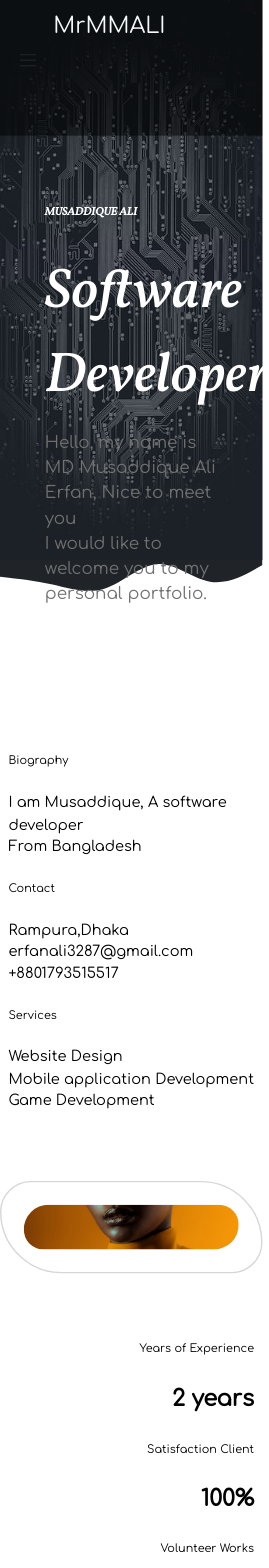
Repository: MMALI3287/Resume
Page: index.html
The author's editor kept a copy of each file at every save. The page is drawn from the files as they stood at one save, then again after the next save.
The browser window is 375 px wide. The page is 384 px wide, so the pictures cover 384 px, including what lies to the right of the window. The pictures show the part of the page from y = 0 to 2240 px (the page is 11294 px tall), at 70% of full size.
Some web libraries are served in a nearby version.

Above is the page before, as saved 2023-07-16 02:47:19.

### index.html
<!DOCTYPE html>
<html lang="en">
  <head>
    <meta charset="UTF-8" />
    <meta name="viewport" content="width=device-width, initial-scale=1.0" />
    <link rel="stylesheet" href="css/bootstrap.css" />
    <link rel="stylesheet" href="css/style.css" />
    <title>Musaddique Ali - Web Development, Programmer </title>
  <link rel="stylesheet" href="css/style.css" />
  <script src="https://kit.fontawesome.com/03ffe29f8b.js" crossorigin="anonymous"></script>
  <!-- Google tag (gtag.js) -->
<script async src="https://www.googletagmanager.com/gtag/js?id=G-VLNF64TM34"></script>
<script>
  window.dataLayer = window.dataLayer || [];
  function gtag(){dataLayer.push(arguments);}
  gtag('js', new Date());

  gtag('config', 'G-VLNF64TM34');
</script>
  </head>
  <body>
    <div id="header">
      <nav class="navbar navbar-expand-lg position-fixed top-0 w-100">
        <div class="container-fluid">
          <a class="navbar-brand logo text-light" href="#">MrMMALI</a>
          <button
            class="navbar-toggler"
            type="button"
            data-bs-toggle="collapse"
            data-bs-target="#navbarNav"
            aria-controls="navbarNav"
            aria-expanded="false"
            aria-label="Toggle navigation"
          >
            <span class="navbar-toggler-icon"></span>
          </button>
          <div class="collapse navbar-collapse" id="navbarNav">
            <ul class="navbar-nav">
              <li class="nav-item">
                <a
                  class="nav-link active text-light"
                  aria-current="page"
                  href="#"
                  >Home</a
                >
              </li>
              <li class="nav-item">
                <a class="nav-link text-light" href="#portfolio">Portfolio</a>
              </li>
              <li class="nav-item">
                <a class="nav-link text-light" href="#expertise">Expertise</a>
              </li>
              <li class="nav-item">
                <a class="nav-link text-light" href="#about">About</a>
              </li>
              <li class="nav-item">
                <a class="nav-link text-light" href="#serv">Services</a>
              </li>
              <li class="nav-item">
                <a class="nav-link text-light" href="#projects">Projects</a>
              </li>
            </ul>
          </div>
        </div>
        <div class="git rounded-0" >
          <a class="cont" href="#contact">
            Get in touch
          </a>
        </div>
      </nav>
      <div class="land">
        <div class="header-text">
          <p class="mb-0">MUSADDIQUE ALI</p>
        </div>
        <div class="subheader">
          <p>Software Developer</p>
        </div>
        <div class="sub">
          <p>
            Hello, my name is MD Musaddique Ali Erfan, Nice to meet you <br />
            I would like to welcome you to my personal portfolio.
          </p>
        </div>
      </div>
    </div>
    <div class="abt">
    <svg xmlns="http://www.w3.org/2000/svg" viewBox="0 100 1440 320">
      <path
        fill="#202429"
        fill-opacity="1"
        d="M0,192L48,197.3C96,203,192,213,288,234.7C384,256,480,288,576,256C672,224,768,128,864,122.7C960,117,1056,203,1152,218.7C1248,235,1344,181,1392,154.7L1440,128L1440,0L1392,0C1344,0,1248,0,1152,0C1056,0,960,0,864,0C768,0,672,0,576,0C480,0,384,0,288,0C192,0,96,0,48,0L0,0Z"
      ></path>
    </svg>
    <div class="container" id="portfolio">
      <div class="row">
        <div class="col-md-3">
          <p class="biog">Biography</p>
          <p class="subtext">
            I am Musaddique, A software developer <br />
            From Bangladesh
          </p>
          <p>Contact</p>
          <p class="subtext">
            Rampura,Dhaka <br />erfanali3287@gmail.com <br />+8801793515517
          </p>
          <p>Services</p>
          <p class="subtext bot">
            Website Design <br />Mobile application Development <br />Game
            Development
          </p>
        </div>
        <div class="col-md-6 capbord">
          <div id="capsule"></div>
        </div>
        <div class="col-md-3">
          <p class="biog text-end">Years of Experience</p>
          <p class="subtext2 text-end">2 years</p>
          <p class="text-end">Satisfaction Client</p>
          <p class="subtext2 text-end">100%</p>
          <p class="text-end">Volunteer Works</p>
          <p class="subtext2 text-end">5+</p>
          <p class="text-end">Projects</p>
          <p class="subtext2 text-end">10+</p>
        </div>
      </div>
    </div>
    <svg xmlns="http://www.w3.org/2000/svg" viewBox="0 0 1440 320"><path fill="#202429" fill-opacity="1" d="M0,256L24,229.3C48,203,96,149,144,144C192,139,240,181,288,197.3C336,213,384,203,432,218.7C480,235,528,277,576,272C624,267,672,213,720,202.7C768,192,816,224,864,202.7C912,181,960,107,1008,112C1056,117,1104,203,1152,208C1200,213,1248,139,1296,122.7C1344,107,1392,149,1416,170.7L1440,192L1440,320L1416,320C1392,320,1344,320,1296,320C1248,320,1200,320,1152,320C1104,320,1056,320,1008,320C960,320,912,320,864,320C816,320,768,320,720,320C672,320,624,320,576,320C528,320,480,320,432,320C384,320,336,320,288,320C240,320,192,320,144,320C96,320,48,320,24,320L0,320Z"></path></svg>

    <div class="advantage bg-dark text-center" id="expertise">
      <div class="container">
        <div class="row">
          <p class="mexp">My Expertise</p>
        </div>
        <div class="row">
          <div class="col-md-2">
            <img
              src="assets/images/c-.png"
              height="100px"
              width="100px"
              alt="c++"
            />
            <br />
            <p class="text-light h1 mb-5 mt-5 fw-bold">91%</p>
            <p class="text-light h5 p-5">C++</p>
          </div>
          <div class="col-md-2">
            <img
              src="assets/images/android-icon.svg"
              height="100px"
              width="100px"
              alt="c++"
            /><br />
            <p class="text-light h1 mb-5 mt-5 fw-bold">84%</p>
            <p class="text-light h5 p-5">Android</p>
          </div>
          <div class="col-md-2">
            <img
              src="assets/images/flutterio-icon.svg"
              height="100px"
              width="100px"
              alt="c++"
            /><br />
            <p class="text-light h1 mb-5 mt-5 fw-bold">78%</p>
            <p class="text-light h5 p-5">Flutter</p>
          </div>
          <div class="col-md-2">
            <img
              src="assets/images/unity.png"
              height="100px"
              width="100px"
              alt="c++"
            /><br />
            <p class="text-light h1 mb-5 mt-5 fw-bold">76%</p>
            <p class="text-light h5 p-5">Unity</p>
          </div>
          <div class="col-md-2">
            <img
              src="assets/images/ADBE.svg"
              height="100px"
              width="100px"
              alt="c++"
            /><br />
            <p class="text-light h1 mb-5 mt-5 fw-bold">83%</p>
            <p class="text-light h5 p-5">Adobe</p>
          </div>
          <div class="col-md-2">
            <img
              src="https://upload.wikimedia.org/wikipedia/commons/0/0e/Microsoft_365_%282022%29.svg"
              height="100px"
              width="100px"
              alt="c++"
            /><br />
            <p class="text-light h1 mb-5 mt-5 fw-bold">94%</p>
            <p class="text-light h5 p-5">Office</p>
          </div>
        </div>
      </div>
    </div>
  </div>

    <svg xmlns="http://www.w3.org/2000/svg" viewBox="0 0 1440 320"><path fill="#202429" fill-opacity="1" d="M0,160L48,181.3C96,203,192,245,288,250.7C384,256,480,224,576,197.3C672,171,768,149,864,165.3C960,181,1056,235,1152,250.7C1248,267,1344,245,1392,234.7L1440,224L1440,0L1392,0C1344,0,1248,0,1152,0C1056,0,960,0,864,0C768,0,672,0,576,0C480,0,384,0,288,0C192,0,96,0,48,0L0,0Z"></path></svg>

    <!-- * about -->
  <div id="about">
    <div class="container">
      <div class="rowc">
        <div class="about-col-1">
          <img src="assets/images/capsule.jpg" alt="user" />
        </div>
        <div class="about-col-2">
          <h2 class="sub-title text-dark">About Me</h2>
          <p class="h5 fw-500">
            I am a software developer. I have been working as a software developer for 6 months. I have
            experience in web development, app development, and UI/UX design. I am a hardworking and
            dedicated person. I am always ready to learn new things.
          </p>
          <div class="tab-titles">
            <p class="tab-links active-link" onclick="opentab('skills')">Skills</p>
            <p class="tab-links" onclick="opentab('experience')"">Experience</p>
              <p class=" tab-links" onclick="opentab('education')"">Education</p>
            </div>
            <div class=" tab-contents active-tab" id="skills">
            <ul>
              <li><span>UI/UX</span><br />Designing Web/App Interface</li>
              <li><span>Web Development</span><br />Web app Development</li>
              <li>
                <span>App Development</span><br />Building Android/iOS apps
              </li>
            </ul>
          </div>
          <div class="tab-contents" id="experience">
            <ul>
              <li>
                <span>2022 - Current</span><br />Software Developer Intern at
                TETON Pvt ltd
              </li>
            </ul>
          </div>
          <div class="tab-contents" id="education">
            <ul>
              <li>
                <span>Current</span><br />BSc. from Ahsanullah University of
                Science and Technology
              </li>
              <li>
                <span>2020</span> <br />
                HSC from Saint Joseph Higher Secondary School and College
              </li>
              <li>
                <span>2018</span><br />SSC from Ideal School and College
              </li>
            </ul>
          </div>
        </div>
      </div>
    </div>
  </div>
  <svg xmlns="http://www.w3.org/2000/svg" id="serv" viewBox="0 0 1440 320"><path fill="#202429" fill-opacity="1" d="M0,224L24,202.7C48,181,96,139,144,138.7C192,139,240,181,288,197.3C336,213,384,203,432,218.7C480,235,528,277,576,282.7C624,288,672,256,720,224C768,192,816,160,864,160C912,160,960,192,1008,181.3C1056,171,1104,117,1152,122.7C1200,128,1248,192,1296,197.3C1344,203,1392,149,1416,122.7L1440,96L1440,320L1416,320C1392,320,1344,320,1296,320C1248,320,1200,320,1152,320C1104,320,1056,320,1008,320C960,320,912,320,864,320C816,320,768,320,720,320C672,320,624,320,576,320C528,320,480,320,432,320C384,320,336,320,288,320C240,320,192,320,144,320C96,320,48,320,24,320L0,320Z"></path></svg>


  <!-- * services -->
  <div id="services">
    <div class="container">
      <h2 class="sub-title">My Services</h2>
      <div class="services-list">
        <div>
          <i class="fa-solid fa-crop"></i>
          <h2>Game Development</h2>
          <p>
            Game Development is the art of creating captivating and immersive interactive experiences. It combines technical expertise, artistic creativity, and player psychology to craft unforgettable games.
          </p>
          <a href="https://www.freecodecamp.org/news/what-is-game-development/">Learn more</a>
        </div>
        <div>
          <i class="fa-solid fa-code"></i>
          <h2>Web Development</h2>
          <p>
            Web Development is the process of creating a website for the internet. It is a process of creating a website for the internet.
          </p>
          <a href="https://brainstation.io/career-guides/what-is-web-development">Learn more</a>
        </div>
        <div>
          <i class="fa-solid fa-mobile-screen"></i>
          <h2>App Development</h2>
          <p>
            App Development is the process of creating a mobile application for smartphones and tablets. It is a process of creating a mobile application for smartphones and tablets.
          </p>
          <a href="https://orases.com/what-is-app-development/">Learn more</a>
        </div>
      </div>
    </div>
  </div>
<svg xmlns="http://www.w3.org/2000/svg" id="projects" viewBox="0 0 1440 320"><path fill="#202429" fill-opacity="1" d="M0,256L24,234.7C48,213,96,171,144,170.7C192,171,240,213,288,224C336,235,384,213,432,213.3C480,213,528,235,576,224C624,213,672,171,720,149.3C768,128,816,128,864,122.7C912,117,960,107,1008,138.7C1056,171,1104,245,1152,261.3C1200,277,1248,235,1296,208C1344,181,1392,171,1416,165.3L1440,160L1440,0L1416,0C1392,0,1344,0,1296,0C1248,0,1200,0,1152,0C1104,0,1056,0,1008,0C960,0,912,0,864,0C816,0,768,0,720,0C672,0,624,0,576,0C528,0,480,0,432,0C384,0,336,0,288,0C240,0,192,0,144,0C96,0,48,0,24,0L0,0Z"></path></svg>

  <!-- -------------------portfolio------------------- -->
  <div id="portfolio">
    <div class="container">
      <h2 class="sub-title text-dark">My Latest Projects</h2>
      <div class="work-list">
        <div class="work">
          <div class="p-2 rounded-3 border bg-danger"><img src="assets/images/wordmaestro.jpg" height="250px" alt="UX"></div>
          <div class="layer">
            <p class="text-light h1">
              Word Maestro
            </p>
            <p class="text-light h5 mt-3">
              A puzzle game made with C++ for all ages
            </p>
            <a href="https://github.com/MMALI3287/Word-Maestro"><i class="fa-sharp fa-solid fa-up-right-from-square"></i></a>
          </div>
          <p class="h3 mt-4">Word Maestro</p>
          <p class="h6">Game Development with C++</p>
        </div>
        <div class="work">
          <div class="p-2 rounded-3 border bg-danger"><img src="assets/images/resortadmin.jpg"  height="250px"  alt="Web"></div>
          <div class="layer">
            <p class="text-light h1">
              Resort Administration
            </p>
            <p class="text-light h5 mt-3">
              A database application made with MySQL and Java in NetBeans to manage a resort
            </p>
            <a href="https://github.com/MMALI3287/Resort-Administration"><i class="fa-sharp fa-solid fa-up-right-from-square"></i></a>
          </div>
          <p class="h3 mt-4">Resort Administration</p>
          <p class="h6">Software Development with Java</p>
        </div>
        <div class="work">
          <div class="p-2 rounded-3 border bg-danger"> <img src="assets/images/reuse.png"  height="250px"  alt="App"></div>
          <div class="layer">
            <p class="text-light h1">
              ReUse
            </p>
            <p class="text-light h5 mt-3">
              An android application to donate unwanted items to the needy
            </p>
            <a href="https://github.com/MMALI3287/ReUse"><i class="fa-sharp fa-solid fa-up-right-from-square"></i></a>
          </div>
          <p class="h3 mt-4">ReUse</p>
          <p class="h6">Mobile Development with Android</p>
        </div>
      </div>
      <a href="https://github.com/MMALI3287?tab=repositories" class="btnc text-dark">See more</a>
    </div>
  </div>
  <svg xmlns="http://www.w3.org/2000/svg" viewBox="0 20 1440 300"><path fill="#202429" fill-opacity="1" d="M0,128L48,160C96,192,192,256,288,272C384,288,480,256,576,250.7C672,245,768,267,864,240C960,213,1056,139,1152,133.3C1248,128,1344,192,1392,224L1440,256L1440,320L1392,320C1344,320,1248,320,1152,320C1056,320,960,320,864,320C768,320,672,320,576,320C480,320,384,320,288,320C192,320,96,320,48,320L0,320Z"></path></svg>
  <!-- -------------------contact------------------- -->
  <div id="contact">
    <div class="container">
      <div class="row">
        <div class="contact-left">
          <h2 class="sub-title">
            Contact Me
          </h2>
          <p class="text-light"><i class="fa-solid fa-envelope"></i> erfanali3287@gmail.com</p>
          <p class="text-light"><i class="fa-solid fa-phone"></i> +880 1793 515 517</p>
          <p class="text-light"><i class="fa-solid fa-location-dot"></i> Dhaka, Bangladesh</p>
          <div class="social-icons">
            <a href="https://www.facebook.com/musaddique.mmali/"><i class="fa-brands fa-facebook"></i></a>
            <a href="https://twitter.com/MusaddiqueMMALI/"><i class="fa-brands fa-twitter"></i></a>
            <a href="https://www.instagram.com/mdmusaddiquealierfan/"><i class="fa-brands fa-instagram"></i></a>
            <a href="https://www.linkedin.com/in/musaddique-ali/"><i class="fa-brands fa-linkedin"></i></a>
            <a href="https://github.com/MMALI3287/"><i class="fa-brands fa-github"></i></a>
          </div>
          <a href="images/resume.pdf" download class="btnc btn2">Download Resume</a>
        </div>
        <div class="contact-right">
          <form name="submit-to-google-sheet">
            <input type="text" name="Name" placeholder="Your Name" required>
            <input type="email" name="E-Mail" placeholder="Your Email" required>
            <textarea name="Message" rows="6" placeholder="Your Message"></textarea>
            <button type="submit" class="btnc btn2">Send</button>
          </form>
          <span id="msg"></span>
        </div>
      </div>
    </div>
      <div class="copyright">
        <p>Copyright © Musaddique Ali. Thank you for visiting <i class="fas fa-heart"></i></p>
      </div>
    </div>

    <script src="js/bootstrap.js"></script>
    <script src="js/index.js"></script>
  </body>
</html>

### css/style.css
@import url("https://fonts.googleapis.com/css2?family=Vollkorn:ital,wght@1,500&display=swap");
@import url("https://fonts.googleapis.com/css2?family=Comfortaa&family=Vollkorn:ital,wght@1,500&display=swap");

* {
  margin: 0;
  padding: 0;
  box-sizing: border-box;
}

.navbar {
  background-color: #00000082;
}

html {
  scroll-behavior: smooth;
}

body {
  color: #fff;
  font-family: "Comfortaa", cursive;
}

.logo {
  font-size: 2rem;
  margin: 0 5rem 0 4rem;
}
.git {
  font-size: 1.5rem;
  margin: 0.5rem 3rem;
  width: 15rem;
  height: 4rem;
  background: transparent;
  color: white;
  border: 1px solid white;
  display: flex;
  justify-content: center;
  align-items: center;
}

.git:hover {
  background: white;
}

.cont:hover {
  color: black;
}

.cont {
  text-decoration: none;
  color: white;
}

#header {
  font-size: 1.5rem;
  width: 100%;
  height: 100vh;
  background: url(../assets/images/landingback.jpg) no-repeat;
  background-size: cover;
  background-position: center;
  background-position: center;
  position: absolute;
  top: 0;
}

.abt {
  margin-top: 100vh;
}

.header-text {
  font-family: "Vollkorn", serif;
  line-height: 7rem;
  margin-top: 25%;
  font-size: 8rem;
  font-weight: 700;
}
.subheader {
  font-family: "Vollkorn", serif;
  font-size: 5rem;
}
.sub {
  font-size: 1.5rem;
  color: rgb(113, 113, 113);
  font-weight: 400;
}
.land {
  padding: 0 4rem;
}

.container {
  color: black;
  padding-top: 3rem;
}

nav ul li {
  display: inline-block;
  list-style: none;
  margin: 10px 20px;
  flex-wrap: wrap;
  justify-content: center;
}

nav ul li a {
  text-decoration: none;
  color: #fff;
  font-size: 18px;
  font-weight: 500;
  position: relative;
}

nav ul li a::after {
  content: "";
  display: block;
  width: 0;
  height: 3px;
  background: #ff004f;
  transition: 0.5s;
  position: absolute;
  bottom: -6px;
  left: 0;
}

nav ul li a:hover::after {
  width: 100%;
}

#capsule {
  width: 100%;
  height: 100%;
  background: url(../assets/images/capsule.jpg) no-repeat;
  background-size: cover;
  background-position: center;
  border-radius: 250px 200px;
  padding: 2rem;
}

.biog {
  margin-top: 6rem;
}

.subtext {
  margin: 2rem 0;
  font-size: 1.3rem;
  font-weight: 500;
}

.bot {
  margin-bottom: 6.2rem;
}

.subtext2 {
  margin: 2.2rem 0;
  font-size: 2rem;
  font-weight: 700;
}

.capbord {
  border: 2px solid rgb(215, 215, 215);
  border-radius: 200px 400px;
  padding: 2rem;
}

.advantage {
  padding: 6rem;
  padding-top: 10rem;
  color: azure;
}

.mexp {
  color: azure;
  font-size: 3.5rem;
  font-weight: 500;
  margin-bottom: 10rem;
  justify-content: center;
  display: flex;
}

/* * about */
#about {
  padding: 80px 0;
  color: #ababab;
}

.rowc {
  margin-top: 8rem;
  display: flex;
  justify-content: space-between;
  align-items: center;
  flex-wrap: wrap;
}

.about-col-1 {
  flex-basis: 35%;
}

.about-col-1 img {
  width: 100%;
  border-radius: 15px;
}

.about-col-2 {
  flex-basis: 60%;
}

.sub-title {
  font-size: 60px;
  font-weight: 600;
  color: #fff;
}

.tab-titles {
  display: flex;
  align-items: center;
  margin: 20px 0 40px;
}

.tab-links {
  margin-right: 50px;
  display: flex;
  justify-content: space-between;
  align-items: center;
  flex-wrap: wrap;
  font-size: 1.3rem;
  font-weight: 500;
  cursor: pointer;
  position: relative;
}

.tab-links::after {
  content: "";
  display: block;
  width: 0;
  height: 3px;
  background: #ff004f;
  transition: 0.5s;
  position: absolute;
  bottom: -8px;
  left: 0;
}

.tab-links.active-link::after {
  width: 50%;
}

.tab-contents ul li {
  list-style: none;
  margin: 10px 0;
  flex-wrap: wrap;
  justify-content: center;
  font-size: 1.1rem;
}

.tab-contents ul li span {
  color: #b83d64;
  font-size: 1.5rem;
  font-weight: 600;
}

.tab-contents {
  display: none;
}

.tab-contents.active-tab {
  display: block;
}

/* * services */
#services {
  padding: 30px 0;
  background-color: #202429;
}

.services-list {
  display: grid;
  grid-template-columns: repeat(auto-fit, minmax(250px, 1fr));
  grid-gap: 40px;
  margin-top: 50px;
}

.services-list div {
  background: #060606;
  color: #fff;
  padding: 40px;
  font-size: 13px;
  font-weight: 300;
  border-radius: 10px;
  transition: background 0.5s, transform 0.5s;
}

.services-list div i {
  color: #fff;
  font-size: 50px;
  margin-bottom: 30px;
}

.services-list div h2 {
  color: #fff;
  font-size: 30px;
  font-weight: 500;
  margin-bottom: 15px;
}

.services-list div a {
  text-decoration: none;
  color: #fff;
  font-size: 12px;
  margin-top: 20px;
  display: inline-block;
}

.services-list div:hover {
  background: #ff004f;
  transform: translateY(-10px);
}

/* * portfolio */
#portfolio {
  justify-content: center;
  margin-top: 3rem;
}

.work-list {
  display: grid;
  grid-template-columns: repeat(auto-fit, minmax(250px, 1fr));
  grid-gap: 40px;
  margin-top: 50px;
}

.work {
  border-radius: 10px;
  position: relative;
  overflow: hidden;
}

.work img {
  width: 100%;
  border-radius: 10px;
  display: block;
  transition: transform 0.5s;
}

.layer {
  width: 100%;
  height: 0;
  background: linear-gradient(rgba(0, 0, 0, 0.6), #ff004f);
  border-radius: 10px;
  position: absolute;
  left: 0;
  bottom: 0;
  overflow: hidden;
  display: flex;
  align-items: center;
  justify-content: center;
  flex-direction: column;
  padding: 0 40px;
  text-align: center;
  font-size: 14px;
  transition: height 0.5s;
}

.layer h3 {
  font-weight: 500;
  margin-bottom: 20px;
}

.layer a {
  text-decoration: none;
  color: #ff004f;
  font-size: 18px;
  line-height: 60px;
  margin-top: 20px;
  background: #fff;
  width: 60px;
  height: 60px;
  border-radius: 50%;
  text-align: center;
}

.work:hover img {
  transform: scale(1.1);
}

.work:hover .layer {
  height: 100%;
}

.btnc {
  display: block;
  margin: 50px auto;
  width: fit-content;
  border: 1px solid #ff004f;
  padding: 14px 50px;
  border-radius: 10px;
  text-decoration: none;
  color: #fff;
  transition: background 0.5s;
  font-size: 1.5rem;
  font-weight: 500;
}

.btnc:hover {
  background: #ff004f;
}

/* * contact */

#contact {
  background-color: #202429;
}

.contact-left {
  flex-basis: 35%;
}
.contact-right {
  flex-basis: 60%;
}

.contact-left p {
  margin-top: 30px;
}

.contact-left p i {
  color: #ff004f;
  margin-right: 15px;
  font-size: 25px;
}

.social-icons {
  margin-top: 30px;
}

.social-icons a {
  text-decoration: none;
  display: inline-block;
  font-size: 30px;
  color: #ababab;
  border-radius: 50%;
  margin-right: 15px;
  transition: background 0.5s;
}
.social-icons a:hover {
  color: #ff004f;
  background: #fff;
  height: 40px;
  width: 45px;
  line-height: 40px;
  text-align: center;
  font-size: 35px;
  transform: translateY(-5px);
}
.btnc.btn2 {
  display: inline-block;
  background: #ff004f;
  color: #fff;
  border: 1px solid #ff004f;
  margin-top: 30px;
  padding: 14px 50px;
  border-radius: 10px;
  text-decoration: none;
  transition: background 0.5s;
}

.contact-right form {
  width: 100%;
}

form input,
form textarea {
  width: 100%;
  padding: 15px 20px;
  margin: 15px 0;
  outline: none;
  border: 0;
  border-radius: 10px;
  font-size: 18px;
  color: #fff;
  background: #060606;
}

form .btn2 {
  padding: 14px 60px;
  font-size: 18px;
  margin-top: 20px;
  cursor: pointer;
}

.copyright {
  width: 100%;
  text-align: center;
  padding: 25px 0;
  background: #060606;
  font-weight: 300;
  margin-top: 20px;
}

.copyright i {
  color: #ff004f;
  font-size: 20px;
}

nav .fas {
  display: none;
}

#msg {
  color: #61b752;
  margin-top: -40px;
  display: block;
  font-size: 16px;
  font-weight: 500;
  text-align: center;
}

/* ------------------------------- css for small screens ------------------------------ */

@media only screen and (max-width: 600px) {
  #header {
    background-image: url(../assets/images/bg-mobile.jpg);
  }

  .git {
    visibility: hidden;
  }

  .header-text {
    margin-top: 100%;
    font-size: 16px;
  }
  .header-text h1 {
    font-size: 30px;
  }

  h2 {
    font-size: 25px;
  }

  nav .fas {
    display: block;
    font-size: 25px;
  }
  nav ul li {
    display: block;
    margin: 25px;
  }
  nav ul .fas {
    position: absolute;
    top: 25px;
    left: 25px;
    cursor: pointer;
  }
  .sub-title {
    font-size: 40px;
  }
  .about-col-1,
  .about-col-2 {
    flex-basis: 100%;
  }
  .about-col-1 {
    margin-bottom: 30px;
  }
  .about-col-2 {
    font-size: 14px;
  }
  .tab-links {
    font-size: 16px;
    margin-right: 20px;
  }
  .contact-left,
  .contact-right {
    flex-basis: 100%;
  }
  .copyright {
    font-size: 14px;
  }
  form .btn2 {
    padding: 14px 40px;
    width: 100%;
  }
}

### js/index.js
let tablinks = document.getElementsByClassName("tab-links");
let tabcontents = document.getElementsByClassName("tab-contents");
function opentab(tabname) {
  for (let tablink of tablinks) tablink.classList.remove("active-link");
  for (let tabcontent of tabcontents) tabcontent.classList.remove("active-tab");
  event.currentTarget.classList.add("active-link");
  document.getElementById(tabname).classList.add("active-tab");
}

let sidemenu = document.getElementById("sidemenu");
function openmenu() {
  sidemenu.style.right = "0";
}
function closemenu() {
  sidemenu.style.right = "-200px";
}

const scriptURL =
  "https://script.google.com/macros/s/AKfycbweIFA406kLCn8JOrIW-5p-dtJ7j9e8FbQg1LLUW5Mk5p9cZg4kpXwc1kParYo2nA4j/exec";
const form = document.forms["submit-to-google-sheet"];
const msg = document.getElementById("msg");

form.addEventListener("submit", (e) => {
  e.preventDefault();
  fetch(scriptURL, { method: "POST", body: new FormData(form) })
    .then((response) => {
      msg.innerHTML =
        "Message sent successfully. Thank you for contacting me. I will get back to you soon.";
      setTimeout(function () {
        msg.innerHTML = "";
      }, 5000);
      form.reset();
    })
    .catch((error) => console.error("Error!", error.message));
});

Loaded but not shown: css/bootstrap.css (library); js/bootstrap.js (library)

After the next save:
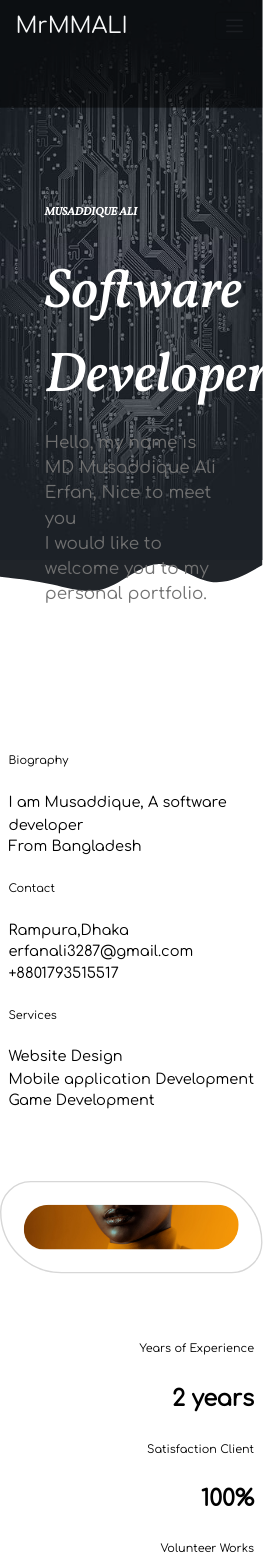
Saved 34 s later.
--- a/css/style.css
+++ b/css/style.css
@@ -517,6 +517,10 @@
     background-image: url(../assets/images/bg-mobile.jpg);
   }
 
+  .logo {
+    margin-left: 10px;
+  }
+
   .git {
     visibility: hidden;
   }
